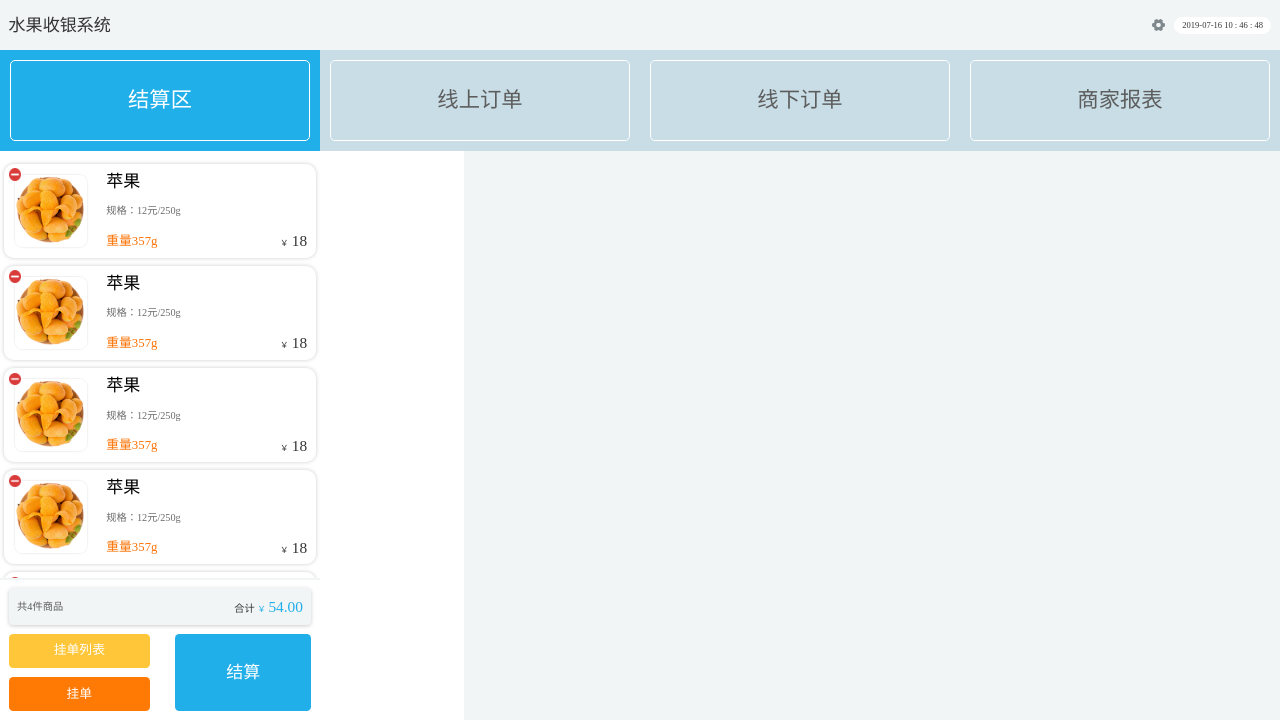
Repository: missing-star/fruit
Page: index.html
The author's editor kept a copy of each file at every save. The page is drawn from the files as they stood at one save, then again after the next save.
The browser window is 1280 px wide. The pictures show the whole page.
The page's requests for data from a server got no answer.

Above is the page before, as saved 2019-07-16 15:56:49.

After the next save:
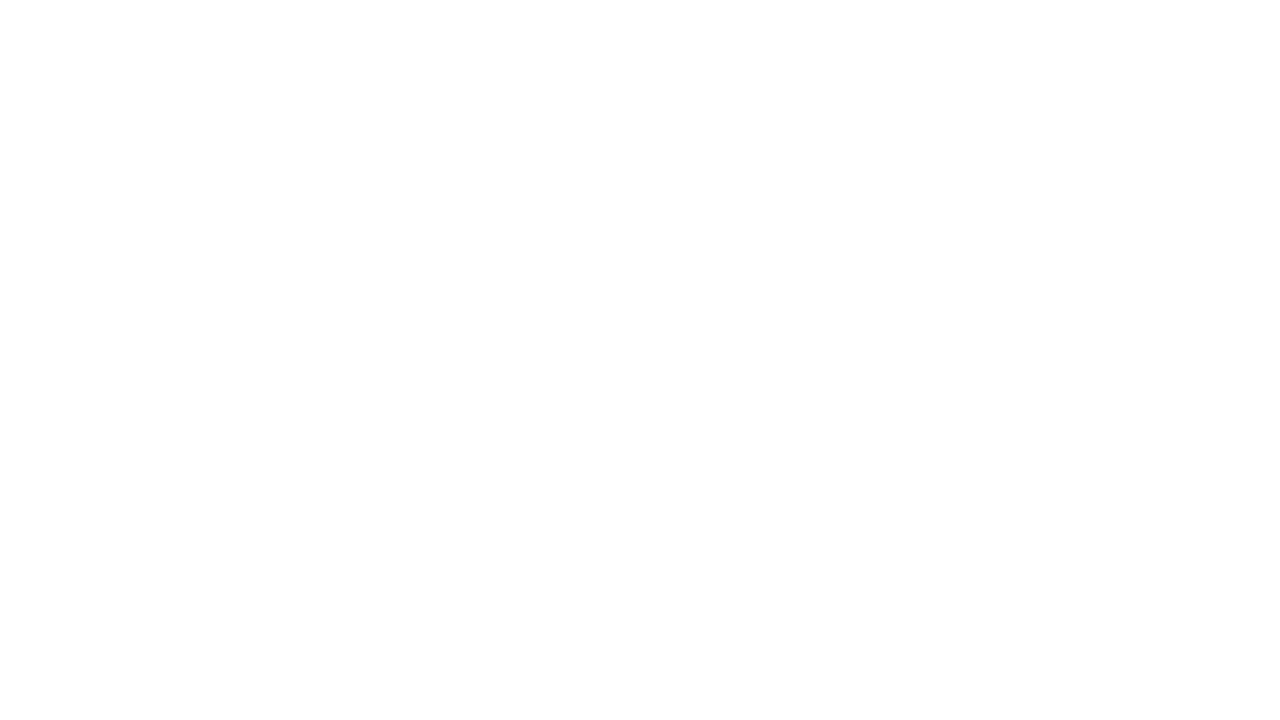
Saved 56 s later.
--- a/index.html
+++ b/index.html
@@ -168,7 +168,7 @@
                         <div class="checkbox-wrapper">
                             <div class="checkbox-inner"></div>
                         </div>
-                        <span class="check-titl">到店自取</span>
+                        <span class="check-titl">{{item.giveWay == 0 ? '外送' : '自取'}}</span>
                     </div>
                     <div class="right-calculator">
                         <p class="calculator-title">合计</p>

After the save that followed:
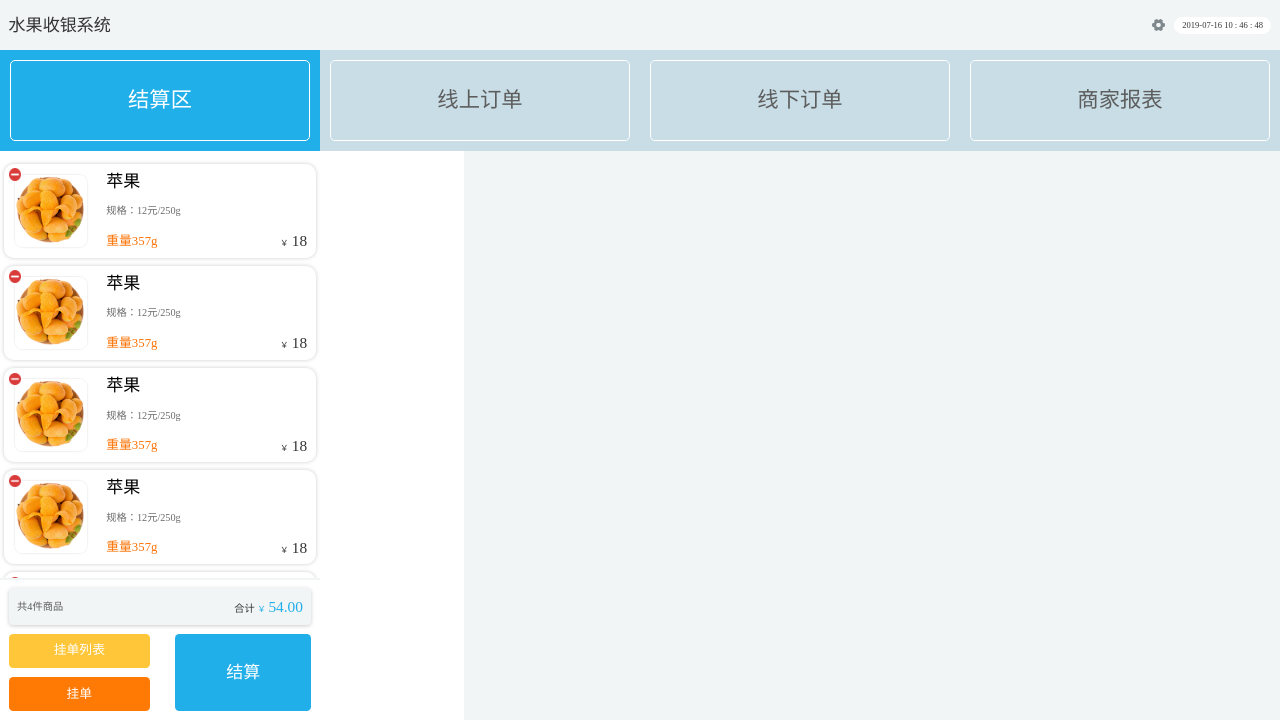
Saved 32 s later.
--- a/index.html
+++ b/index.html
@@ -168,13 +168,13 @@
                         <div class="checkbox-wrapper">
                             <div class="checkbox-inner"></div>
                         </div>
-                        <span class="check-titl">{{item.giveWay == 0 ? '外送' : '自取'}}</span>
+                        <span class="check-titl">{{orderDetailOnline.giveWay == 0 ? '外送' : '自取'}}</span>
                     </div>
                     <div class="right-calculator">
                         <p class="calculator-title">合计</p>
                         <span class="goods-price">
                             <i class="money-icon blue">￥</i>
-                            <i class="money-number blue">18</i>
+                            <i class="money-number blue">{{orderDetailOnline.orderAmount}}</i>
                         </span>
                         <button class="print-action pointer" @click="printTick">打印小票</button>
                     </div>
